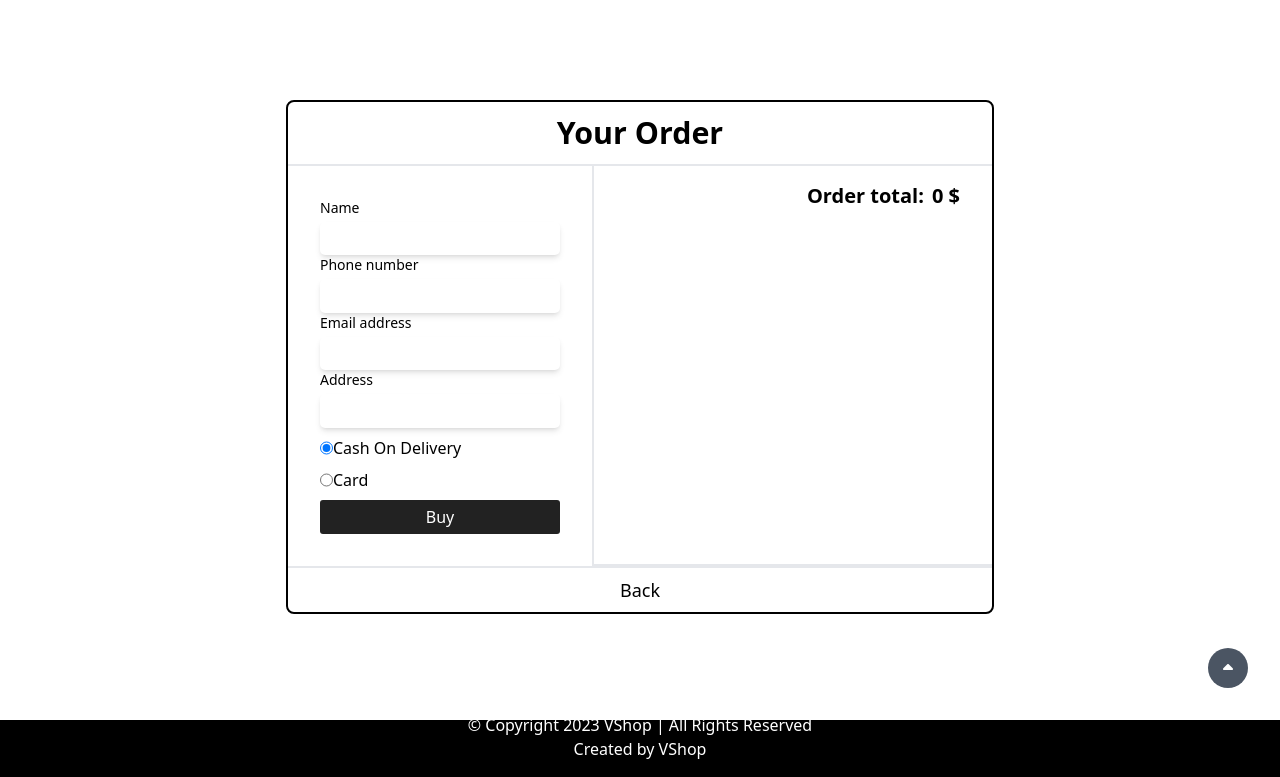
Repository: Kith933UTH/VSHOP
Page: /payment
The author's editor kept a copy of each file at every save. The page is drawn from the files as they stood at one save, then again after the next save.
The browser window is 1280 px wide. The pictures show the whole page.
Pictures or frames that could not be fetched are drawn as grey boxes. The project was rebuilt for these pictures with package versions that can differ from the ones it lists, and the page was loaded fresh each time. Also part of the build but not shown: src/components/product-item/ProductItem.js, src/components/loader/Loader.js, src/constants/constants.js, src/components/product-filters/Category.js, src/components/product-filters/Price.js, src/components/product-filters/Rating.js, src/components/product-filters/ProductFilters.js, src/components/cart-shopping/CartEmpty.js and 21 more.

Above is the page before, as saved 2023-08-05 16:56:09.

After the next save:
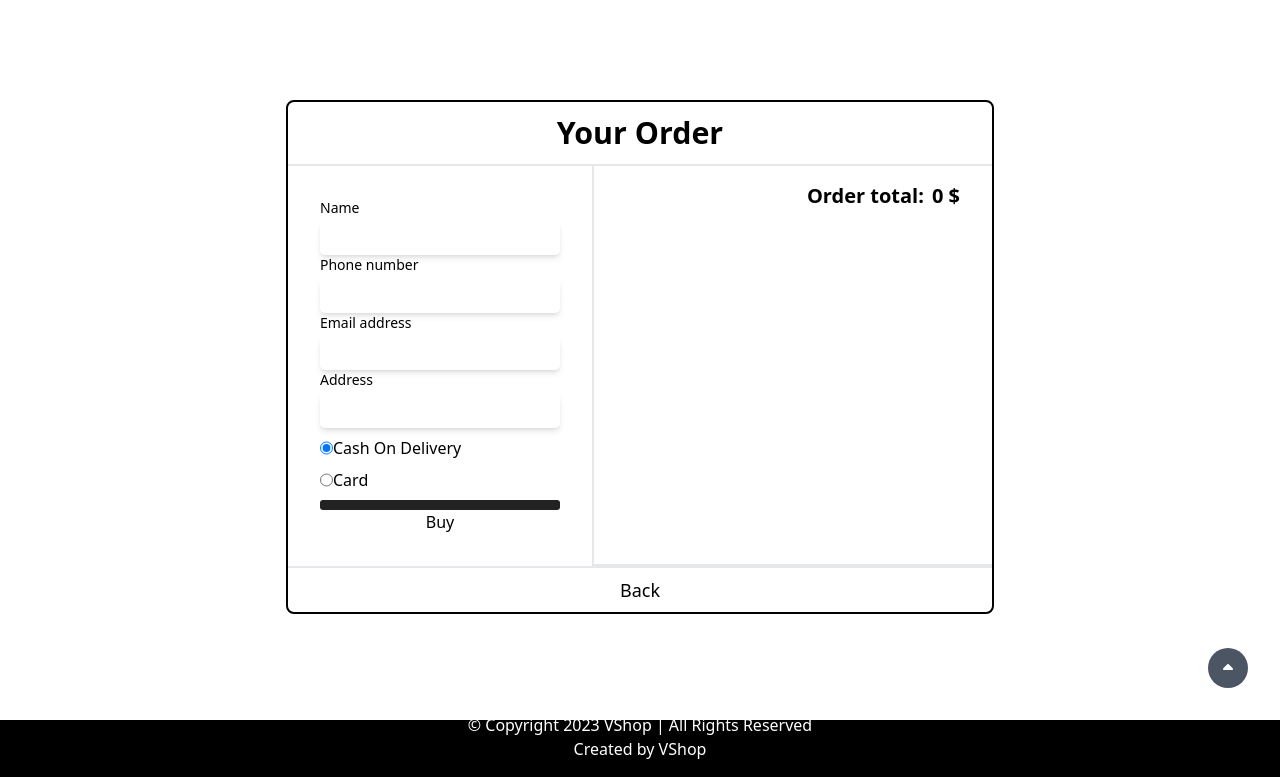
Saved 2 min 50 s later.
--- a/src/components/payment/Payment.js
+++ b/src/components/payment/Payment.js
@@ -43,7 +43,7 @@
                         <input className='' type="radio" name="checkbox" /> <span>Card</span>
                     </p>
                     <p>
-                        <Link to='/success' id="sub_btn">Buy</Link>
+                        <Link to='/success'><button type="submit" id="sub_btn"></button>Buy</Link>
                     </p>
                 </div>
                 <div className={`min-w-[400px] border-l-2 border-b-2 px-4 pb-4 ${cart.length > 2 ? 'box-item' : ''}`}>

After the save that followed:
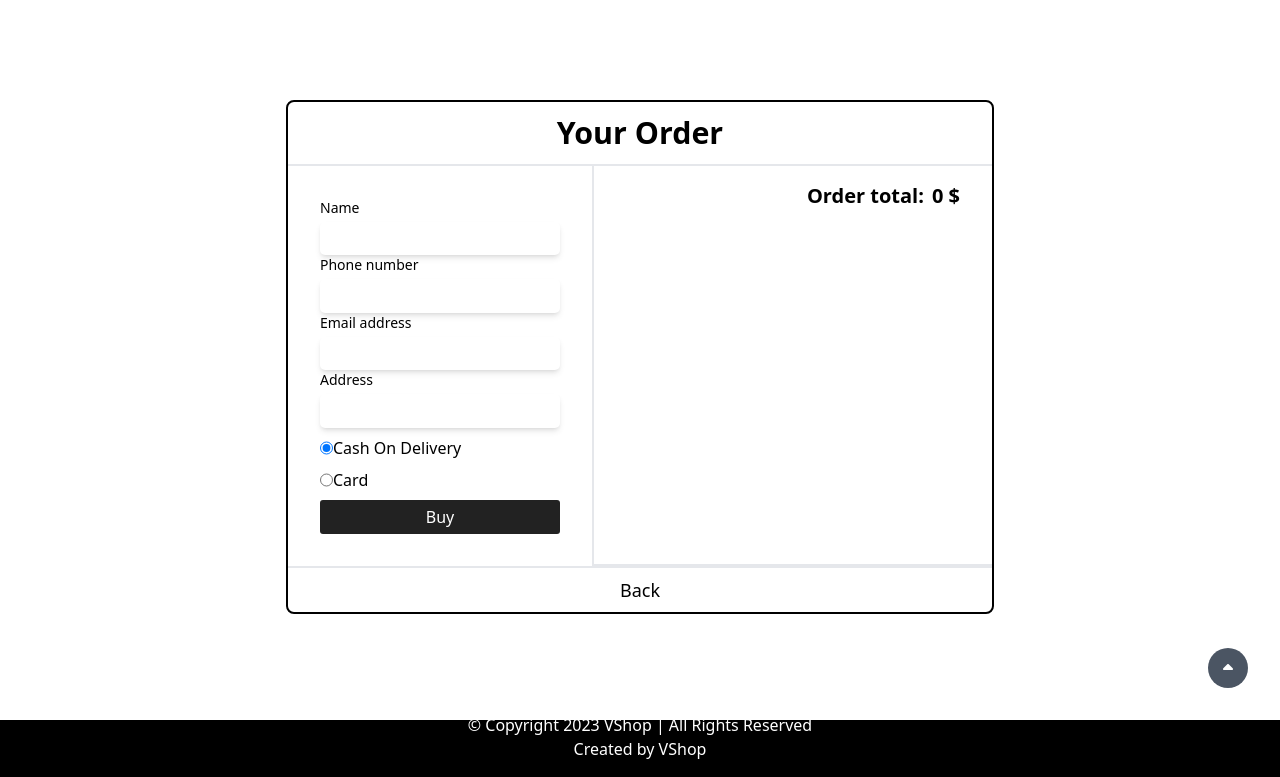
Saved 7 min 31 s later.
--- a/src/components/payment/Payment.js
+++ b/src/components/payment/Payment.js
@@ -4,14 +4,22 @@
 import { CartItemPayment } from "./CartItemPayment"
 import './index.css'
 export function Payment() {
-    const {logged} = useSelector(state => state.product)
-    console.log(logged)
     const navigate = useNavigate()
     const {cart, btnCart} = useSelector(state => state.product)
     const totalPrice = () => {
         let price = 0
         cart.forEach(item => price += item.price * item.quantity)
         return Math.round(price * 100) / 100
+    }
+
+    const handleSubmit = () =>  {
+        const userNameInput = document.querySelectorAll('.payment-page input[required]')
+        console.log(userNameInput)
+        // if(true) {
+        //     navigate('/success')
+        // } else {
+        //     alert('don true')
+        // }
     }
 
     return (
@@ -42,9 +50,7 @@
                     <p className='flex justify-start py-2'>
                         <input className='' type="radio" name="checkbox" /> <span>Card</span>
                     </p>
-                    <p>
-                        <Link to='/success'><button type="submit" id="sub_btn"></button>Buy</Link>
-                    </p>
+                    <button id="sub_btn" onClick={handleSubmit}>Buy</button>
                 </div>
                 <div className={`min-w-[400px] border-l-2 border-b-2 px-4 pb-4 ${cart.length > 2 ? 'box-item' : ''}`}>
                     {cart.map(item => <CartItemPayment key={item.id} item={item}/>)}
